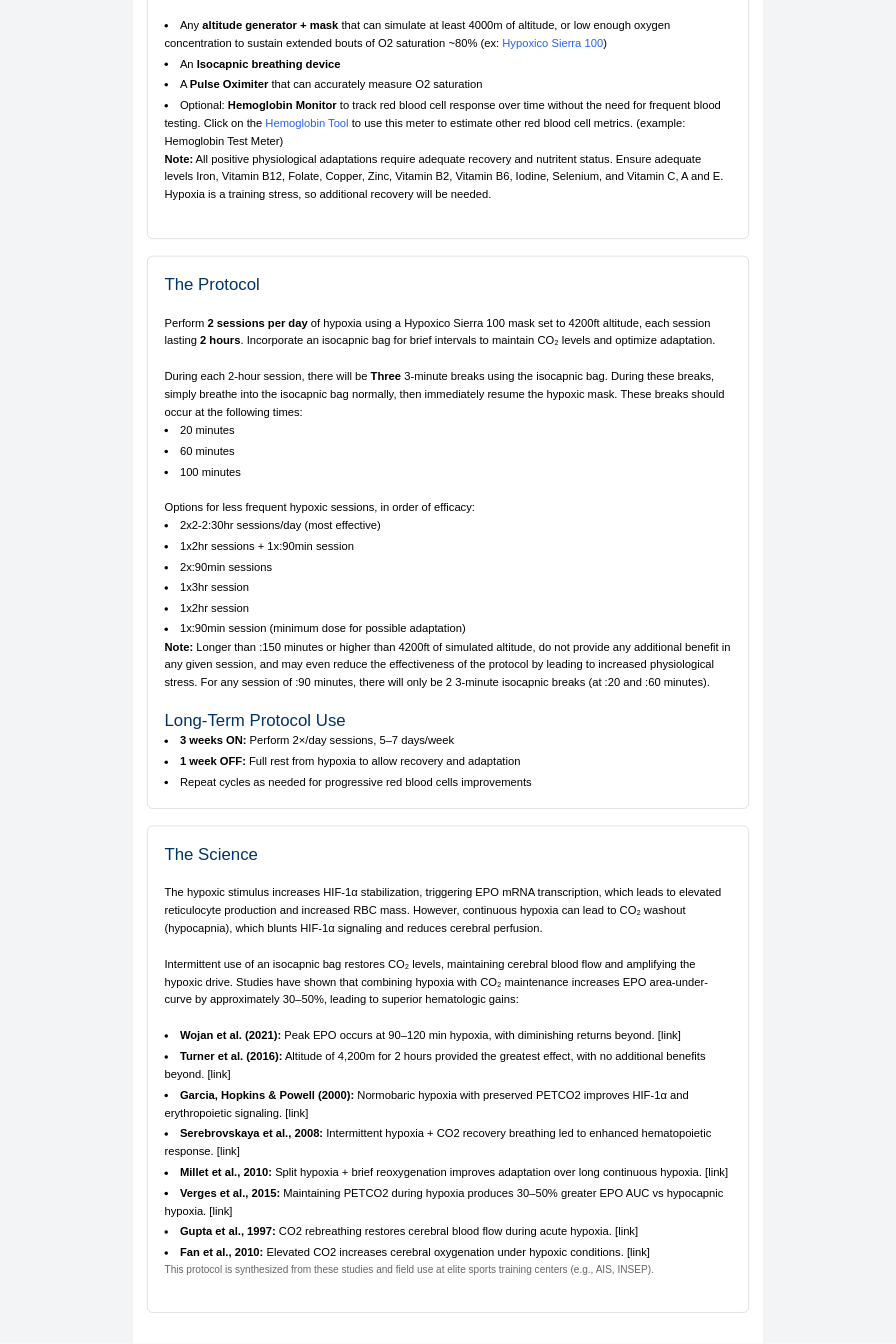
Repository: austenhughes1/hemoglobin_rbc_metrics
Page: hypoxia_protocol.html
The author's editor kept a copy of each file at every save. The page is drawn from the files as they stood at one save, then again after the next save.
The browser window is 1280 px wide. The pictures show the part of the page from y = 928 to 2848 px (the page is 2848 px tall), at 70% of full size.
Some web libraries are served in a nearby version.

Above is the page before, as saved 2025-06-26 15:49:00.

After the next save:
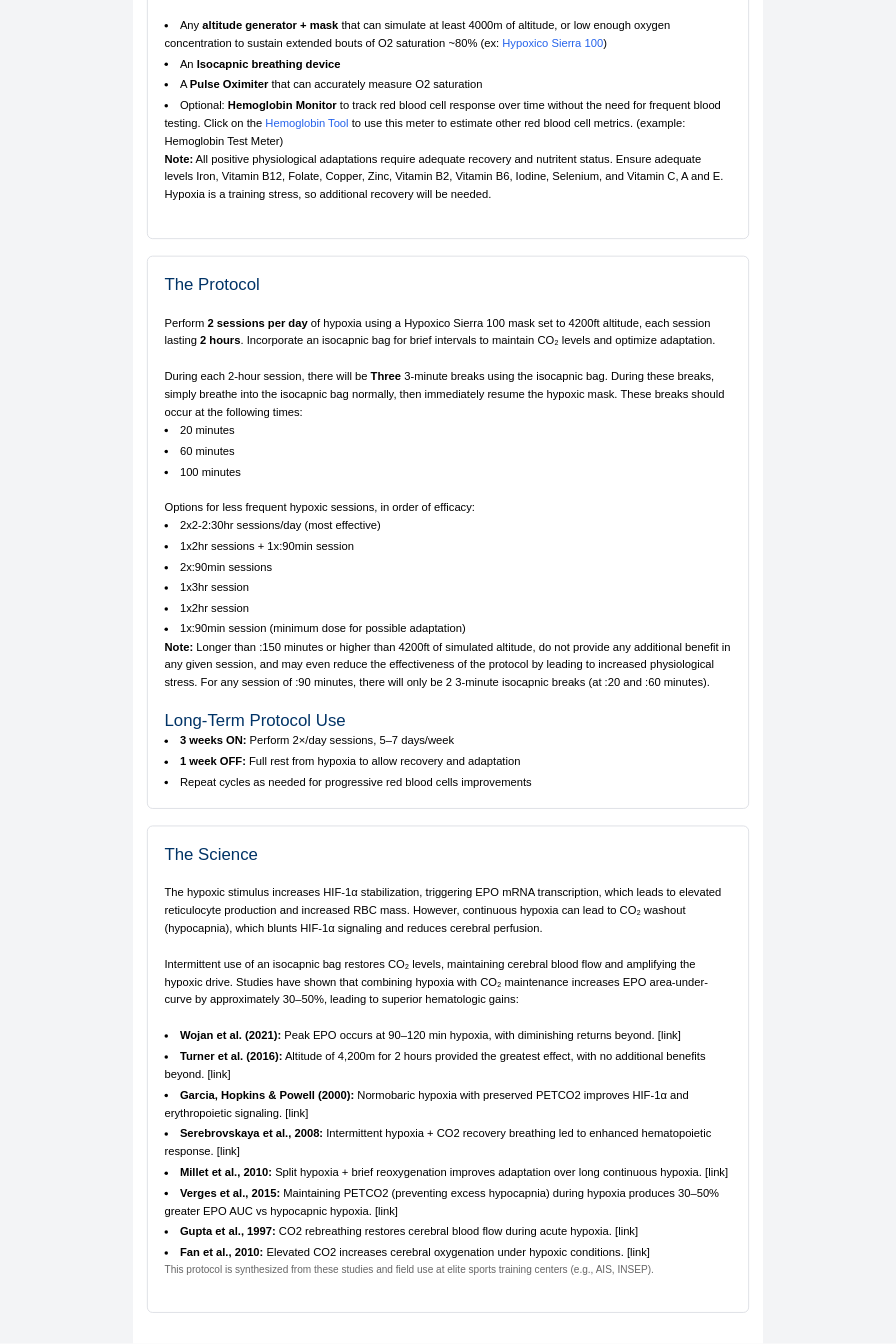
Saved 53 s later.
--- a/hypoxia_protocol.html
+++ b/hypoxia_protocol.html
@@ -143,7 +143,7 @@
 
             <li><strong>Serebrovskaya et al., 2008:</strong> Intermittent hypoxia + CO2 recovery breathing led to enhanced hematopoietic response. [<a href="https://pmc.ncbi.nlm.nih.gov/articles/PMC3186684/" target="_blank">link</a>]</li>
             <li><strong>Millet et al., 2010:</strong> Split hypoxia + brief reoxygenation improves adaptation over long continuous hypoxia. [<a href="https://pubmed.ncbi.nlm.nih.gov/20020784/" target="_blank">link</a>]</li>
-            <li><strong>Verges et al., 2015:</strong> Maintaining PETCO2 during hypoxia produces 30–50% greater EPO AUC vs hypocapnic hypoxia. [<a href="https://www.frontiersin.org/journals/pediatrics/articles/10.3389/fped.2015.00058/full" target="_blank">link</a>]</li>
+            <li><strong>Verges et al., 2015:</strong> Maintaining PETCO2 (preventing excess hypocapnia) during hypoxia produces 30–50% greater EPO AUC vs hypocapnic hypoxia. [<a href="https://www.frontiersin.org/journals/pediatrics/articles/10.3389/fped.2015.00058/full" target="_blank">link</a>]</li>
             <li><strong>Gupta et al., 1997:</strong> CO2 rebreathing restores cerebral blood flow during acute hypoxia. [<a href="https://pubmed.ncbi.nlm.nih.gov/9096307/" target="_blank">link</a>]</li>
             <li><strong>Fan et al., 2010:</strong> Elevated CO2 increases cerebral oxygenation under hypoxic conditions. [<a href="https://pubmed.ncbi.nlm.nih.gov/19828899/" target="_blank">link</a>]</li>
         </ul>
